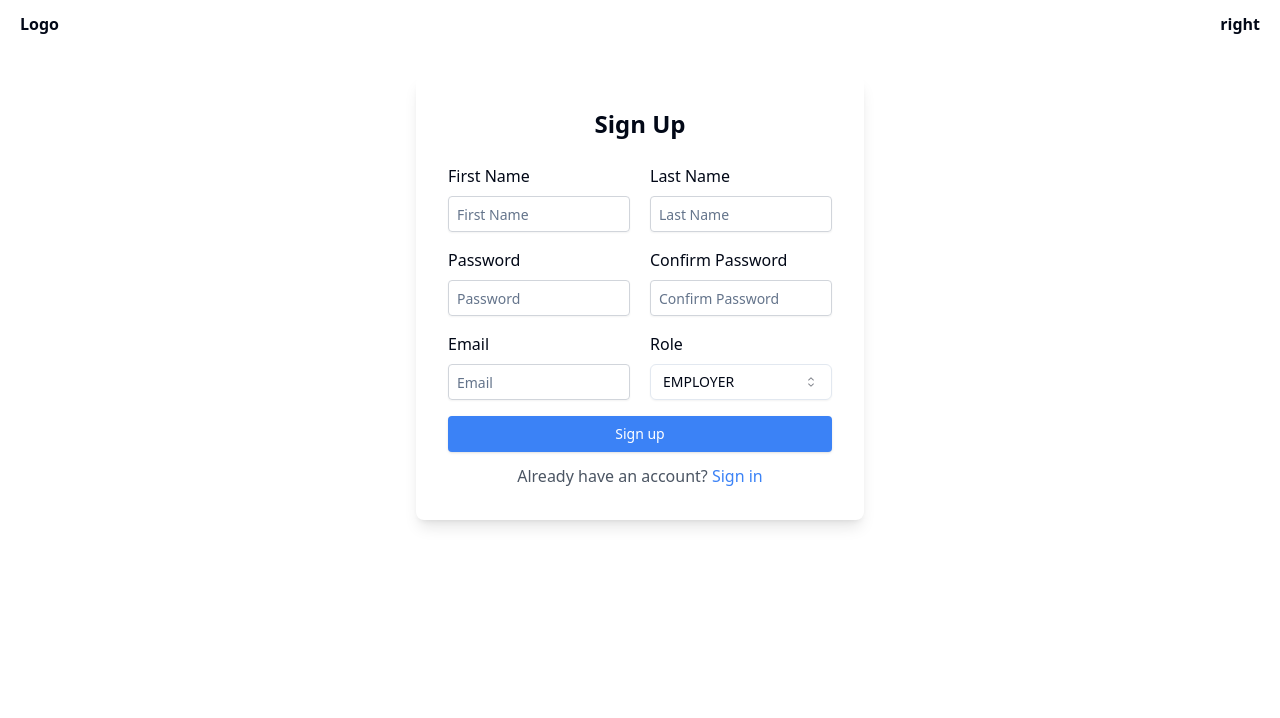
Repository: hisreal123/globalpath_fe
Page: /auth/signup
These files come from the project's save history. The page is drawn as it stood at one moment and after a run of saves; the edit follows.
The browser window is 1280 px wide. The pictures show the whole page.
The project was rebuilt for these pictures with package versions that can differ from the ones it lists, and the page was loaded fresh each time. Also part of the build but not shown: vite.config.ts, src/components/pages/HomeComponent.tsx, src/pages/Home.tsx, src/pages/Error.tsx, src/pages/About.tsx, src/pages/Blog.tsx, src/pages/Find_jobs.tsx, src/components/Header.tsx and 2 more.

Above is the page before, as saved 2024-10-11 16:59:14.

After the next 2 saves:
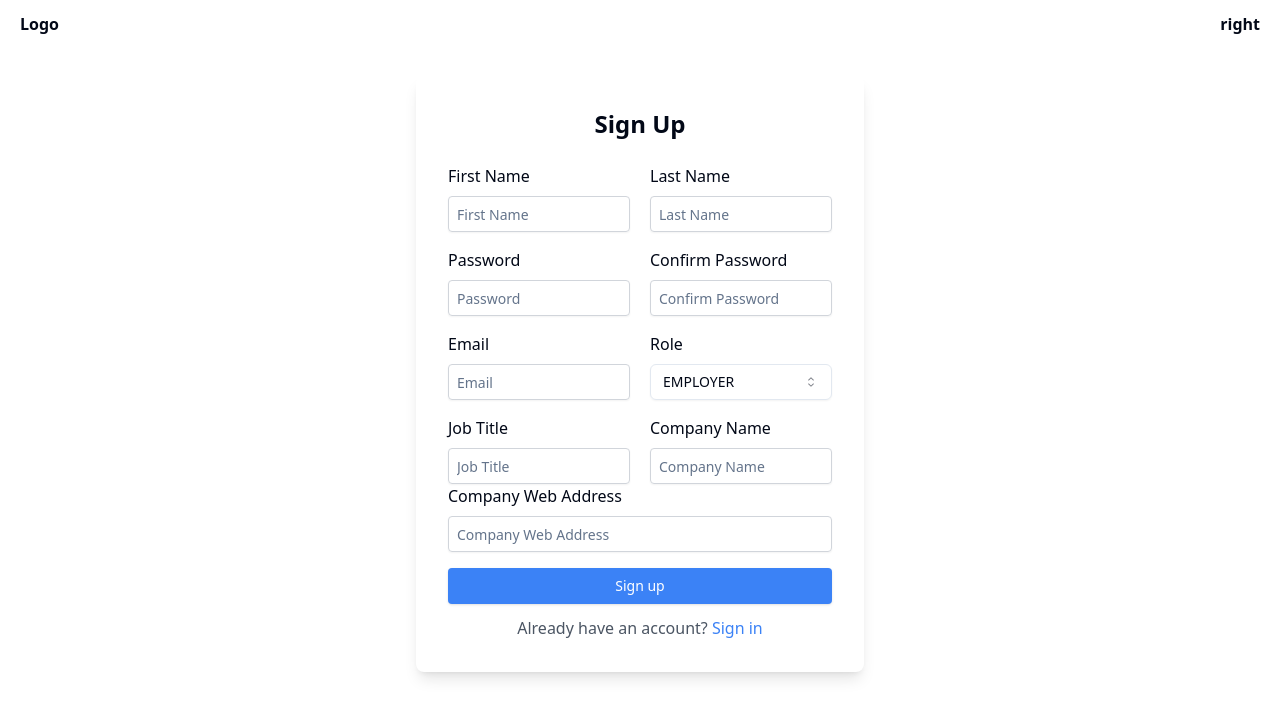
The 2 saves are shown as one change because 1 did not build or start.
The last was saved 3 min 22 s later.
--- a/src/components/pages/auth/SignupComponent.tsx
+++ b/src/components/pages/auth/SignupComponent.tsx
@@ -28,7 +28,7 @@ type FormValues = z.infer<typeof RegisterSchema>;
 const SignupComponent = () => {
   // states
   const [isLoading, setIsLoading] = useState<boolean>(false);
-  const [isEmployer, setIsEmployer] = useState<boolean>(false);
+  const [isEmployer, setIsEmployer] = useState<boolean>(true);
   const form = useForm({
     resolver: zodResolver(RegisterSchema),
     defaultValues: {
